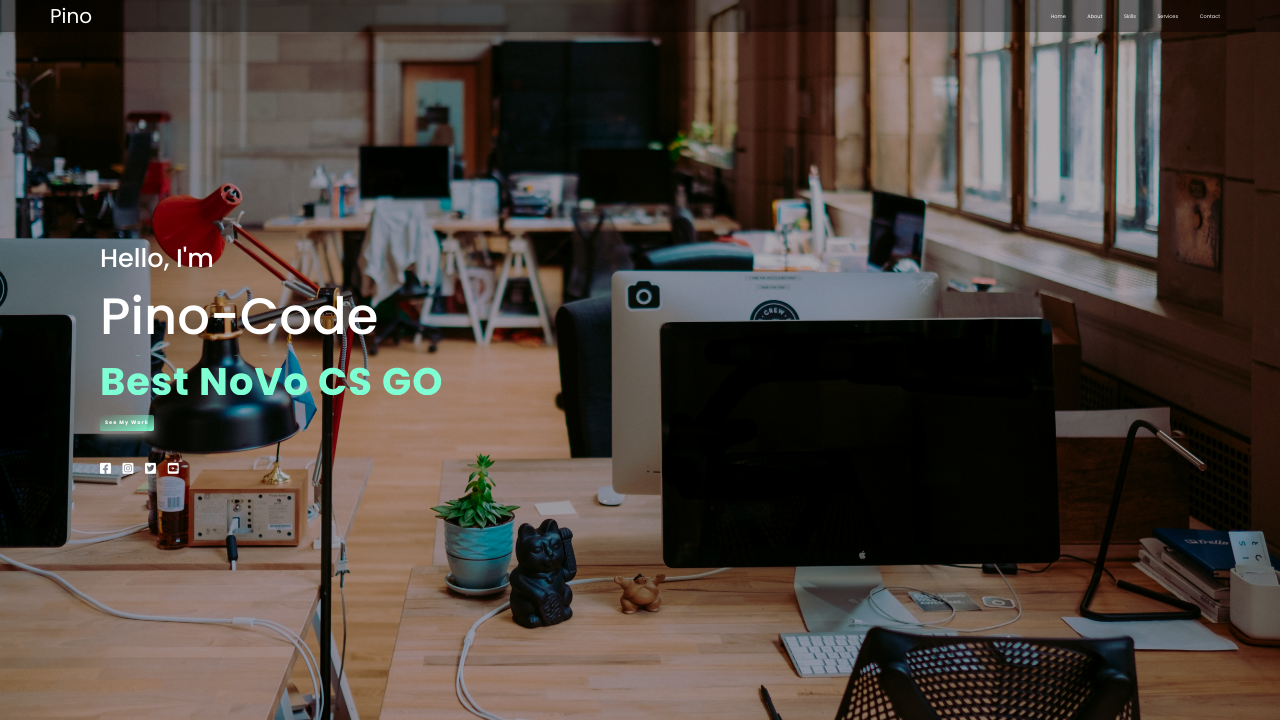
Repository: Pinocoding/New
Page: index.html
The author's editor kept a copy of each file at every save. The page is drawn from the files as they stood at one save, then again after the next save.
The browser window is 1280 px wide. The pictures show the whole page.
Backgrounds fixed to the window are drawn as part of the page.

Above is the page before, as saved 2021-10-12 21:56:07.

### index.html
<!DOCTYPE html>
<html lang="en">
<head>
  <meta charset="UTF-8">
  <meta http-equiv="X-UA-Compatible" content="IE=edge">
  <meta name="viewport" content="width=device-width, initial-scale=1.0">
  <title>Document</title>
  <link rel="stylesheet" href="style.css">
  <link rel="stylesheet" href="https://cdnjs.cloudflare.com/ajax/libs/font-awesome/6.0.0-beta2/css/all.min.css" integrity="sha512-YWzhKL2whUzgiheMoBFwW8CKV4qpHQAEuvilg9FAn5VJUDwKZZxkJNuGM4XkWuk94WCrrwslk8yWNGmY1EduTA==" crossorigin="anonymous" referrerpolicy="no-referrer" />


</head>
<body>
  <header>
    <a href="#" class="brand">Pino</a>
    <div class="navigation">
        <a href="#main">home</a>
        <a href="#about">About</a>
        <a href="#skills">Skills</a>
        <a href="#Services">Services</a>
        <a href="#contact">Contact</a>
    </div>
  </header>
  <section class="main">
    <div class="layout"></div>
    <div class="content">
    <h2>hello, I'm<br><span>Pino-code</span></h2>
    <div class="animated-text">
      <h3>FE developer</h3>
      <h3>Best Yasuo TT 7</h3>
      <h3>Best NoVo CS GO</h3>
    </div>
    <a href="#" class="btn">see my work</a>
    <div class="media-icon">
      <a href="#"><i class="fab fa-facebook-square"></i></a>
      <a href="#"><i class="fab fa-instagram-square"></i></a>
      <a href="#"><i class="fab fa-twitter-square"></i></a>
      <a href="#"><i class="fab fa-youtube-square"></i></a>
    </div>
  </div>


  </section>
  <script
  src="https://code.jquery.com/jquery-3.6.0.js"
  integrity="sha256-H+K7U5CnXl1h5ywQfKtSj8PCmoN9aaq30gDh27Xc0jk="
  crossorigin="anonymous"></script>
  <script src="function.js"></script>
</body>
</html>

### style.css
@import url("https://fonts.googleapis.com/css2?family=Poppins:wght@300;400;500;700;800&display=swap");
* {
  font-size: 62.5%;
  font-family: "Poppins", sans-serif;
  margin: 0;
  padding: 0;
  box-sizing: border-box;
  text-transform: capitalize;
}
/* for header */
header {
  position: fixed;
  z-index: 99;
  background: rgba(0, 0, 0, 0.404);
  top: 0;
  left: 0;
  width: 100%;
  padding: 1px 5rem;
  display: flex;
  justify-content: space-between;
  align-items: center;
}
/* sticky */
header.sticky {
  background: transparent;
}
/*  */
header .brand {
  text-decoration: none;
  font-size: 2rem;
  color: white;
}
header .navigation a {
  font-size: 0.5rem;
  text-decoration: none;
  color: white;
  padding: 0 1rem;
}
/*  */
section {
  padding: 5rem 10rem;
}
/* for banner */
.main {
  position: relative;
  width: 100%;
  min-height: 100vh;
  display: flex;
  align-items: center;
  background: url("/img/01.jpg") no-repeat;
  background-size: cover;
  background-position: center;
  background-attachment: fixed;
  z-index: 1;
}
.main .layout {
  position: absolute;
  top: 0;
  left: 0;
  width: 100%;
  height: 100%;
  background: black;
  opacity: 0.3;
  z-index: -1;
}
.main .content {
  max-width: 100rem;
}
.main .content h2 {
  color: white;
  font-size: 2vw;
  font-weight: 500;
}
.main .content h2 span {
  font-size: 4vw;
}

.animated-text {
  position: relative;
  height: 4rem;
  overflow: hidden;
}
.animated-text h3 {
  color: aquamarine;
  font-size: 3vw;
  font-weight: 700;
  line-height: 40px;
  letter-spacing: 1px;
}
/* animated text for h3 */
.animated-text h3:nth-child(1) {
  animation: text-move 10s infinite;
}
@keyframes text-move {
  0% {
    margin-top: 0;
  }
  25% {
    margin-top: -40px;
  }
  50% {
    margin-top: -80px;
  }
  100% {
    margin-top: 0;
  }
}
/*  */
.btn {
  margin-top: 2rem;
  color: white;
  background: linear-gradient(to top left, aquamarine, transparent);
  font-size: 5px;
  font-weight: 700;
  display: inline-block;
  padding: 4px 5px;
  text-decoration: uppercase;
  text-decoration: none;
  letter-spacing: 1px;
  border-radius: 2px;
  box-shadow: -1px 5px 10px #888888;
  transition: 0.5s ease;
}
.btn:hover {
  transform: scale(1.1);
}

.media-icon {
  margin-top: 2rem;
}
.media-icon a {
  color: white;
  font-size: 2rem;
  margin-right: 1rem;
  transition-property: transform, color;
  transition: 0.2s;
}
.media-icon a:hover i {
  color: aquamarine;
  transform: translateY(-2px);
  transition: 0.2s;
}
/*  */

### function.js
// js for navication bar on scroll
window.addEventListener("scroll", function () {
  const header = document.querySelector("header");
  header.classList.toggle("sticky", window.scrollY > 0);
});

After the next save:
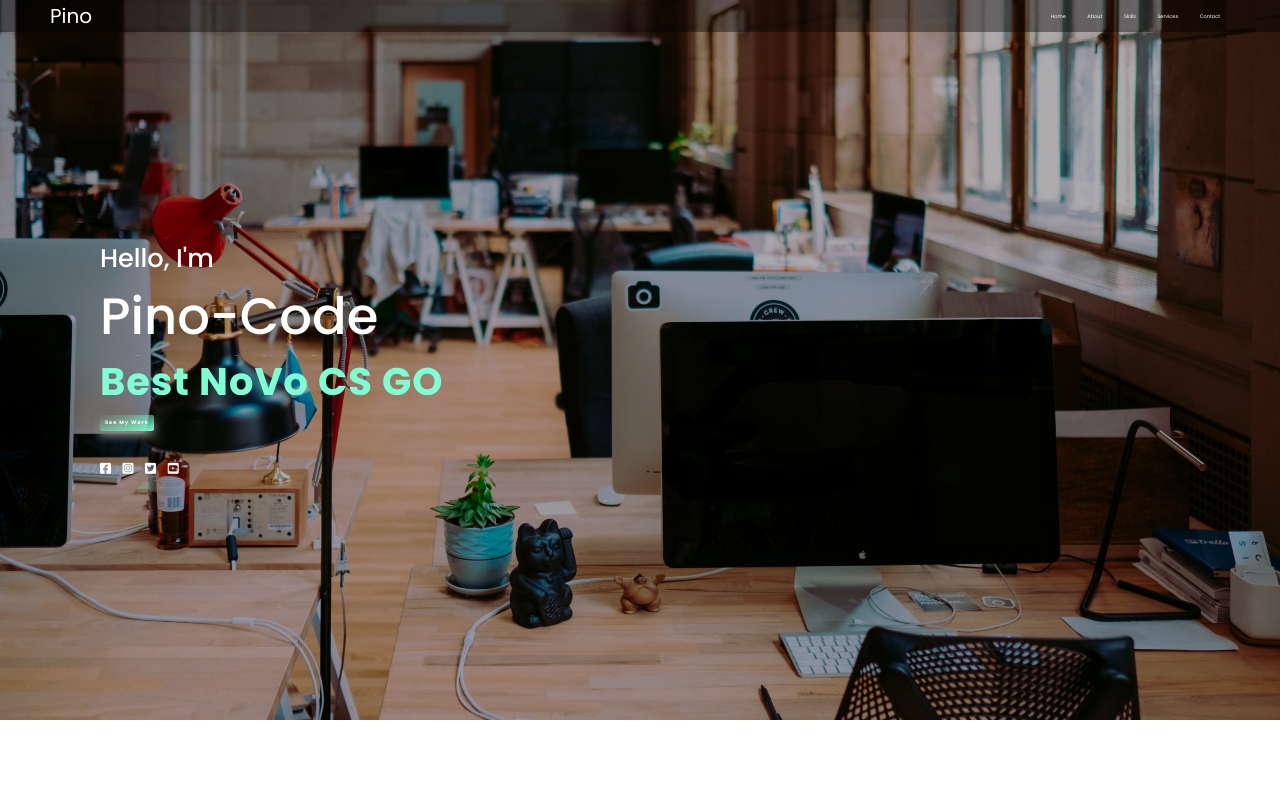
Saved 37 s later.
--- a/style.css
+++ b/style.css
@@ -6,6 +6,9 @@
   padding: 0;
   box-sizing: border-box;
   text-transform: capitalize;
+}
+body {
+  min-height: 110vh;
 }
 /* for header */
 header {
